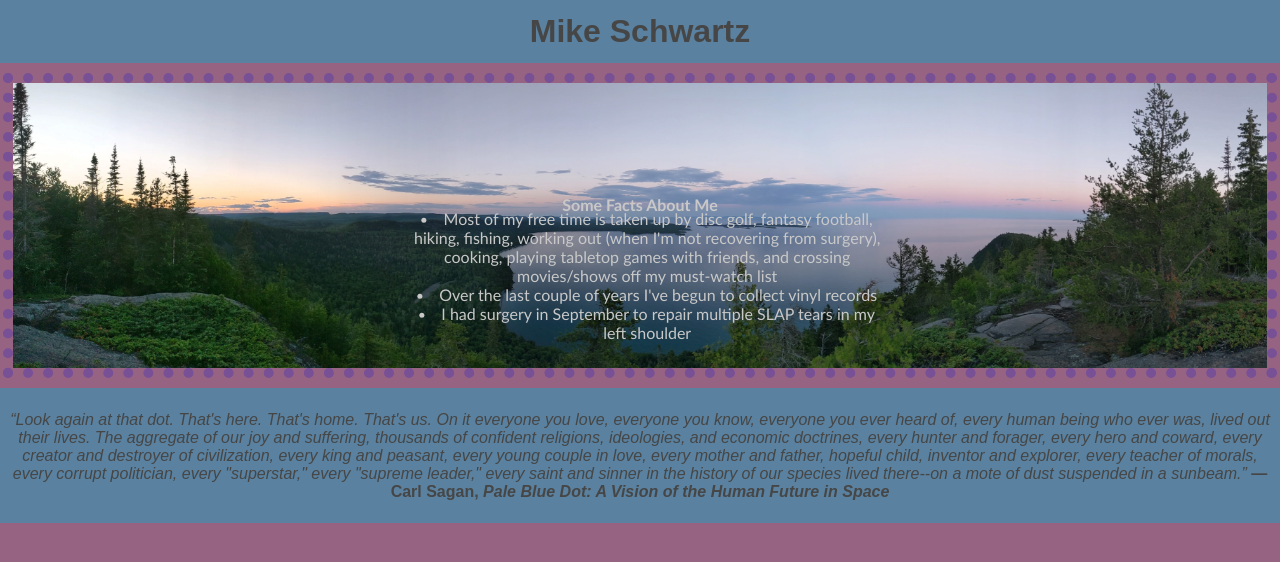
Repository: Ellusionism/prime-pw-week-1-assignment
Page: assignment/index.html
The author's editor kept a copy of each file at every save. The page is drawn from the files as they stood at one save, then again after a run of saves.
The browser window is 1280 px wide. The pictures show the whole page.

Above is the page before, as saved 2022-10-26 18:00:44.

### assignment/index.html
<!DOCTYPE html>
<html>
<head>
    <meta charset="utf-8" />
    <meta http-equiv="X-UA-Compatible" content="IE=edge">
    <!-- Change the <title> from "Page Title" to "Hello World" -->
    <title>Hello World</title>
    <meta name="viewport" content="width=device-width, initial-scale=1">
    <script type="text/javascript" src="helloWorld.js"></script>

    <link rel="stylesheet" type="text/css" media="screen" href="style.css" />
</head>
<body>
    <!-- Create a header element  -->

    <!-- Inside the header, add an <h1> element containing your name -->

    <header>
        <h1 class="name">Mike Schwartz</h1>
    </header>

    <!-- Include an image -->

    <!-- Create an unordered list with 3 list items of fun facts about you -->

    <div class="container">
        <img src="images/mtjosephine.jpg" alt="Mount Josephine summit view" class="img">
        <h4 class="facts">Some Facts About Me</h4>
        <ul class="facts-list">
            <li>Most of my free time is taken up by disc golf, fantasy football, hiking, fishing, working out (when I'm not recovering from surgery), cooking, playing tabletop games with friends, and crossing movies/shows off my must-watch list</li>
            <li>Over the last couple of years I've begun to collect vinyl records</li>
            <li>I had surgery in September to repair multiple SLAP tears in my left shoulder</li>
        </ul>
    </div>

    <!-- Create a footer element -->
    <footer class="fav-quote">
        <p>“Look again at that dot. That's here. That's home. That's us. On it everyone you love, everyone you know, everyone you ever heard of, every human being who ever was, lived out their lives. The aggregate of our joy and suffering, thousands of confident religions, ideologies, and economic doctrines, every hunter and forager, every hero and coward, every creator and destroyer of civilization, every king and peasant, every young couple in love, every mother and father, hopeful child, inventor and explorer, every teacher of morals, every corrupt politician, every "superstar," every "supreme leader," every saint and sinner in the history of our species lived there--on a mote of dust suspended in a sunbeam.”
            <span class="cite">― Carl Sagan,</span><span class="cite-book"> Pale Blue Dot: A Vision of the Human Future in Space</span></p>
    </footer>
    <!-- Inside your footer, put a <p> element with your favorite quote -->
</body>
</html>

### assignment/style.css
/* Give your page a fun background color */
body {
 background-color: rgb(150, 100, 130);
 margin: 0;
 font-family: Arial, Helvetica, sans-serif;
}
/* Make the header and footer a different color from the background */
header {
 background-color: rgb(90, 130, 160);
 margin: 0 0 10px;
 padding: 1%;
}
/* Align the h1 containing your name in the center of the header*/
.name {
 color:rgb(70, 70, 70);
 text-align: center;
 margin: 0;
}
/* Make your p tag a different color and italic */
.fav-quote {
 background-color:rgb(90,130,160);
 margin: 10px 0 0;
 padding: 0.5%;
 color: rgb(70, 70, 70);
 font-style: italic;
 text-align: center;
}

.cite {
 font-style: normal;
 font-weight: bold;
}

.cite-book {
 font-weight: bold;
}
/* Put a border around your image */
.img {
 border: 10px dotted  rgb(120, 80, 150);
 padding: 0;
 display: block;
 margin: auto;
 max-height: 100%;
 max-width: 98%;
}
/* Change the font-family of your list */
.facts {
 color: rgb(200, 200, 200);
 font-family:'Gill Sans', 'Gill Sans MT', Calibri, 'Trebuchet MS', sans-serif;
 position: absolute;
 top: 50%;
 left: 50%;
 transform: translate(-50%, -275%);
}

.facts-list {
 color: rgb(200,200,200);
 font-family:'Gill Sans', 'Gill Sans MT', Calibri, 'Trebuchet MS', sans-serif;
 position: absolute;
 top: 50%;
 left: 50%;
 max-width: 37%;

 transform: translate(-52.5%, -25%);
 list-style-position: inside;
 display: flex;
 flex-direction: column;
 align-items: center;
}

 .container {
  position: relative;
  text-align: center;
 }

Loaded but not shown: assignment/helloWorld.js (common file)

After the next 2 saves:
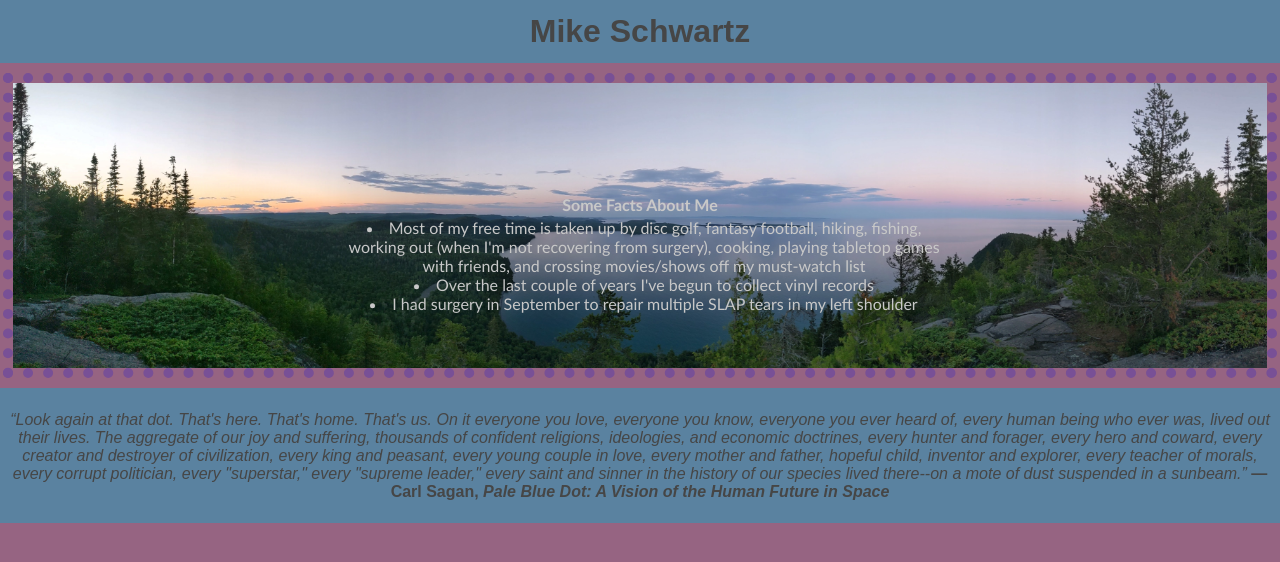
The 2 saves are shown as one change because they came seconds apart.
The last was saved 10 s later.
--- a/assignment/style.css
+++ b/assignment/style.css
@@ -59,8 +59,6 @@ header {
  position: absolute;
  top: 50%;
  left: 50%;
- max-width: 37%;
-
  transform: translate(-52.5%, -25%);
  list-style-position: inside;
  display: flex;
